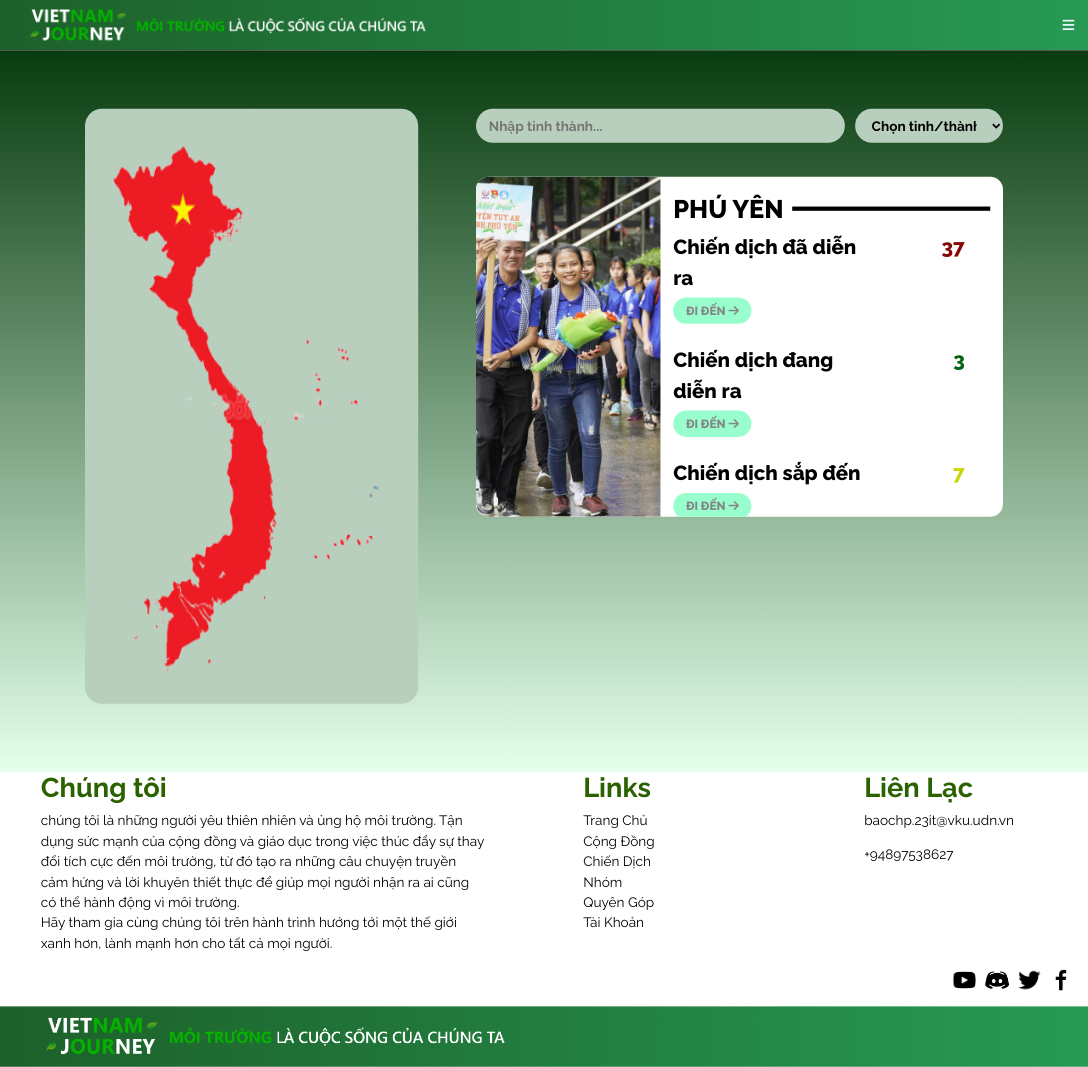
Repository: Boima12/Boima12.github.io_VietnamJourney
Page: HTML/ChienDich/ChienDich.html
These files come from the project's save history. The page is drawn as it stood at one moment and after the next save; the edit follows.
The browser window is 1280 px wide. The pictures show the whole page, at 85% of full size.

Above is the page before, as saved 2024-05-25 08:34:36.

### HTML/ChienDich/ChienDich.html
<!DOCTYPE html>
<HTML lang="en">

<HEAD>
    <TITLE>Chiến Dịch</TITLE>
    <meta charset="UTF-8">
    <meta name="viewport" content="width=device-width, initial-scale=1.0">

    <!-- Favicon -->
    <link rel="icon" type="image/x-icon" href="../../Images/yo.ico">

    <!--Bootstrap 5-->
    <link href="https://cdn.jsdelivr.net/npm/bootstrap@5.3.3/dist/css/bootstrap.min.css" rel="stylesheet">
    <script src="https://cdn.jsdelivr.net/npm/bootstrap@5.3.3/dist/js/bootstrap.bundle.min.js"></script>
    <!-- <link rel="stylesheet" href="https://cdn.jsdelivr.net/npm/bootstrap@4.6.2/dist/css/bootstrap.min.css" integrity="sha384-xOolHFLEh07PJGoPkLv1IbcEPTNtaed2xpHsD9ESMhqIYd0nLMwNLD69Npy4HI+N" crossorigin="anonymous"> -->
    <!-- Font Awesome -->
    <link rel="stylesheet" href="https://cdnjs.cloudflare.com/ajax/libs/font-awesome/6.5.1/css/all.min.css">

    <!-- CSS -->
    <link rel="stylesheet" href="ChienDich.css">
</HEAD>



<BODY style="background-color: #FFF4E6;">

    <!-- header là Navigation bar -->
    <header id="header1">
        <div class="logo">
            <img class="logo1" src="../../Images/header1.png" onclick="navToIntro()" style="height: 40px;">
            <img class="logo2" src="../../Images/header2.png" onclick="navToIntro()">
        </div>

        <div class="links">
            <nav>
                <a href="../TrangChu/TrangChu.html">TRANG CHỦ</a>
                <a href="../CongDong/CongDong.html">CỘNG ĐỒNG</a>
                <a href="../ChienDich/ChienDich.html">CHIẾN DỊCH</a>
                <a href="../Nhom/Nhom.html">NHÓM</a>
                <a href="../QuyenGop/QuyenGop.html">QUYÊN GÓP</a>
                <a href="../TaiKhoan/TaiKhoan.html">TÀI KHOẢN</a>
            </nav>
        </div>

        <div class="bar" onclick="MenuBar()">
            <i class="fa-solid fa-bars"></i>
        </div>

        <div id="overlay"></div>

        <div id="sidebar">
            <div class="sidebar-content">

                <div style="color: aliceblue;text-align: right;margin-top:0;" onclick="CloseBar()"><i
                        class="fa-solid fa-bars"></i></div>

                <!-- <p>VỀ CHÚNG TÔI <i class="fa-regular fa-address-card"></i></p> -->
                <a href="../TrangChu/TrangChu.html">TRANG CHỦ <i class="fa-solid fa-house"></i></a>
                <a href="../CongDong/CongDong.html">CỘNG ĐỒNG <i class="fa-solid fa-earth-americas"></i></a>
                <a href="../ChienDich/ChienDich.html">CHIẾN DỊCH <i class="fa-solid fa-fire"></i></a>
                <a href="../Nhom/Nhom.html">NHÓM <i class="fa-solid fa-people-group"></i></a>
                <a href="../QuyenGop/QuyenGop.html">QUYÊN GÓP <i class="fa-solid fa-hand-holding-dollar"></i></a>
                <a href="../TaiKhoan/TaiKhoan.html">TÀI KHOẢN <i class="fa-solid fa-user"></i></a>
            </div>

        </div>

    </header>
    <div style="height: 3rem;"></div> <!-- Cách một khoảng cho navigation bar -->















<!-- LÀM Ở ĐÂY -->
    <div class="section-one">
        <div class="container">
            <div class="row">
                <div class="col-xl-5  col-lg-5 col-md-12 col-sm-12 col-12">
                    <div class="map">
                        <img src="./images/bando.png" alt="bản đồ việt nam">
                    </div>
                </div>
                <div class="col-xl-7 col-lg-7 col-md-12 col-sm-12 col-12">
                    <div class="right">
                        <div class="search">
                            <input type="search" class="inner-search" placeholder="Nhập tỉnh thành...">
                            <select id="province" name="province" required>
                                <option value="" selected disabled>Chọn tỉnh/thành</option>
                            </select>
                        </div>
                        <div class="content">
                            <img src="./images/anh1.jpg" alt="">
                            <div class="inner-content">
                                <div class="inner-title">
                                    <div class="inner-text">PHÚ YÊN</div>
                                    <div class="inner-line"></div>
                                </div>
                                <div class="part">
                                    <div class="inner-content">
                                        <div class="inner-title">Chiến dịch đã diễn ra</div>
                                        <div class="inner-button">ĐI ĐẾN <i class="fa-solid fa-arrow-right"></i></div>
                                    </div>
                                    <div class="inner-count red">37</div>
                                </div>
                                <div class="part">
                                    <div class="inner-content">
                                        <div class="inner-title">Chiến dịch đang diễn ra</div>
                                        <div class="inner-button">ĐI ĐẾN <i class="fa-solid fa-arrow-right"></i></div>
                                    </div>
                                    <div class="inner-count green">3</div>
                                </div>
                                <div class="part">
                                    <div class="inner-content">
                                        <div class="inner-title">Chiến dịch sắp đến</div>
                                        <div class="inner-button">ĐI ĐẾN <i class="fa-solid fa-arrow-right"></i></div>
                                    </div>
                                    <div class="inner-count yellow">7</div>
                                </div>
                            </div>
                        </div>
                    </div>
                </div>
            </div>
        </div>
    </div>















    <footer>
        <div class="up">
            <div id="about">
                <h2>Chúng tôi</h2>
                <p>chúng tôi là những người yêu thiên nhiên và ủng hộ môi trường. Tận dụng sức mạnh của cộng đồng và giáo dục trong việc thúc đẩy sự thay đổi tích cực đến môi trường, từ đó tạo ra những câu chuyện truyền cảm hứng và lời khuyên thiết thực để giúp mọi người nhận ra ai cũng có thể hành động vì môi trường.<br>
                    Hãy tham gia cùng chúng tôi trên hành trình hướng tới một thế giới xanh hơn, lành mạnh hơn cho tất cả mọi người.
                </p>
            </div>

            <div id="quickLinks">
                <h2>Links</h2>
                <a href="../../HTML/TrangChu/TrangChu.html">Trang Chủ</a>
                <a href="../../HTML/CongDong/CongDong.html">Cộng Đồng</a>
                <a href="../../HTML/ChienDich/ChienDich.html">Chiến Dịch</a>
                <a href="../../HTML/Nhom/Nhom.html">Nhóm</a>
                <a href="../../HTML/QuyenGop/QuyenGop.html">Quyên Góp</a>
                <a href="../../HTML/TaiKhoan/TaiKhoan.html">Tài Khoản</a>
            </div>

            <div id="contacts">
                <h2>Liên Lạc</h2>
                <p>baochp.23it@vku.udn.vn</p>
                <p>+94897538627</p>
            </div>
        </div>


        <div class="mid">
            <a href="https://www.youtube.com/channel/UC1cpkfqLNp6I1HgNy2MUhUg"><img src="../../Images/youtube_icon.png"></a>
            <a href="https://discord.com/invite/45fkbZcj"><img src="../../Images/discord_icon.png"></a>
            <a href="https://x.com/dog_rates"><img src="../../Images/twitter_icon.png"></a>
            <a href="https://web.facebook.com/vku.udn.vn/?_rdc=1&_rdr"><img src="../../Images/facebook_icon.png"></a>
        </div>


        <div class="bot">
            <img class="logo1" src="../../Images/header1.png">
            <img class="logo2" src="../../Images/header2.png">
        </div>
    </footer>


    <!-- JavaScript -->
    <script src="../../Script/ChienDich.js"></script>
    <noscript>Your Browser doesn't support JavaScript</noscript>

</BODY>

</HTML>

### HTML/ChienDich/ChienDich.css
/* IMPORTING */
@font-face {
    font-family: Raleway;
    src: url("../../Fonts/Raleway-VariableFont_wght.ttf");
}

/* END IMPORTING */

/*BASE*/
* {
    box-sizing: border-box;
}

:root {
    --color-bg: #05390C;
    --color-green: #00FF0A;
    --color-text: #000000;
    --color-desc: #868686;
  }

body {
    color: var(--color-text);
}

.container {
    max-width: 100%;
    padding-left: 100px;
    padding-right: 100px;
}

/*BASE*/

/* Loại bỏ margin - padding global */
* {
    margin: 0px;
    padding: 0px;
}


/* global font */
* {
    font-family: Raleway;
}



/* NAVIGATION BAR */
header {
    display: flex;
    align-items: center;
    justify-content: space-between;
    position: fixed;
    width: 100%;
    height: 60px;
    border-bottom: 1.5px solid rgb(97, 94, 94);
    background: linear-gradient(to right, rgb(29, 96, 42), rgb(39, 154, 83));
    z-index: 999;
}


header div.logo img {
    width: auto;
    height: 2.9rem;
    /* margin-left: 3rem; */
}

header div.logo img.logo1 {
    display: block;
    padding-left: 10px;
    margin: 20px;
}

header div.logo img.logo2 {
    display: none;
}


header div.links nav {
    display: flex;
    justify-content: space-around;
    width: 100%;
}


header div.links nav a {
    margin: 0;
    padding: 0 1rem;

    cursor: pointer;

    text-decoration: none;
    color: white;
    font-size: 16px;
    font-weight: 600;
}


header div.links nav a:hover {
    color: #b8e994;
}


header div.bar {
    display: none;
    margin-right: 1rem;

    color: aliceblue;
    text-align: right;
}


header #overlay {
    display: none;
    position: fixed;

    top: 0;
    left: 0;
    width: 100%;
    height: 100%;

    background-color: rgba(0, 0, 0, 0.8);

    z-index: 9999;
}


header #sidebar {
    display: flex;
    justify-content: flex-end;
    float: right;

    position: fixed;

    top: 0;
    right: -20%;
    width: 20%;
    height: 100%;
    border: none;
    overflow: hidden;

    background: linear-gradient(to top, rgb(37, 79, 46), rgb(53, 189, 105));

    transition: right 0.3s ease-in-out;
    z-index: 10000;

}


header #sidebar.open {
    right: 0;
}


header #sidebar div.sidebar-content {
    display: flex;
    flex-direction: column;
    overflow-y: auto;
    overflow-x: hidden;
    padding: 1.5rem;
    width: 100%;
}


header #sidebar div.sidebar-content a {
    text-align: right;
    text-decoration: none;
    font-size: 1.2rem;

    color: aliceblue;
    margin-top: 1.5rem;

    margin-right: 0;
}


header #sidebar div.sidebar-content a:hover {
    color: #b8e994;
}


header #sidebar div.sidebar-content i {
    font-size: smaller;
}

/* END NAVIGATION BAR */

/* SECTION-ONE */
.section-one {
    background-image: linear-gradient(to bottom, #05390C, #E5FFEB);
    padding-top: 80px;
    padding-bottom: 80px;
}

.map {
    width: 90%;
    position: relative;
    border-radius: 20px;
    max-width: 100%;
    overflow: hidden;
    height: 700px;
    object-fit: cover;
    background-color: #b9cfbe ;
}

.map img {
    width: 100%;
    height: 100%;
}

.right {
    height: 500px;
}

.right .search {
    height: 40px;
    margin-bottom: 40px;
    display: flex;
    justify-content: space-between;
}

.right .search .inner-search {
    background-color: #B9CFBE;
    height: 100%;
    width: 70%;
    border-radius: 40px;
    border: none;
    padding: 5px 15px 5px 15px;
    font-size: 16px;
    font-weight: 700;
}

.right .search #province {
    background-color: #B9CFBE;
    height: 100%;
    width: 28%;
    border-radius: 40px;
    border: none;
    padding: 5px 15px 5px 15px;
    font-size: 16px;
    font-weight: 700;
}

.right .content {
    display: flex;
    border-radius: 15px;
    overflow: hidden;
    height: 400px;
    background-color: white;
}

.right .content img {
    width: 35%;
    height: auto;
    object-fit: cover;
}

.right .content .inner-content {
    width: 65%;
    padding: 15px;
}

.right .content .inner-content .inner-title {
    width: 100%;
    font-size: 30px;
    font-weight: 800;
    display: flex;
    align-items: center;
    margin-bottom: 5px;
}

.right .content .inner-content .inner-title .inner-text {
    display: inline-block;
}

.right .content .inner-content .inner-title .inner-line {
    flex-grow: 1;
    position: relative;
    height: 5px;
    background-color: #000000;
    line-height: 100%;
    margin-left: 10px;
}

.right .content .inner-content .part {
    width: 100%;
    display: flex;
    justify-content: space-between;
    margin-bottom: 25px;
}

.right .content .inner-content .part .inner-content {
    padding: 0;
}

.right .content .inner-content .part .inner-content .inner-title{
    font-size: 24px;
}

.right .content .inner-content .part .inner-content .inner-button {
    font-size: 14px;
    font-weight: 800;
    color: var(--color-desc);
    background-color: #98FECD;
    display: inline-block;
    padding: 5px 15px 5px 15px;
    border-radius: 20px;
}

.right .content .inner-content .part .inner-count {
    font-size: 24px;
    font-weight: 800;
    text-align: center;
    margin-right: 30px;
}

.right .content .inner-content .part .red {
    color: #880707;
}

.right .content .inner-content .part .green {
    color: #086214;
}

.right .content .inner-content .part .yellow {
    color: #c9d705;
}

/* END SECTION-ONE */











































/* Code CSS ở đây */






































/* FOOTER */
footer div.up {
    display: flex;
    justify-content: space-around;
    gap: 1.2rem;
    width: 100%;

    background-color: white;

}


footer div.up h2 {
    font-weight: bold;
    color: #2B6200;
}


footer div.up #about {
    display: flex;
    flex-direction: column;
    justify-content: flex-start;

    width: 50%;
    padding-left: 3rem;
    padding-right: 3rem;
}


footer div.up #quickLinks {
    display: flex;
    flex-direction: column;
    justify-content: flex-start;

    width: 25%;
    padding-left: 3rem;
    padding-right: 3rem;
}


footer div.up #quickLinks a {
    text-decoration: none;
    color: black;
}


footer div.up #contacts {
    display: flex;
    flex-direction: column;
    justify-content: flex-start;

    width: 25%;
    padding-left: 3rem;
    padding-right: 3rem;
}


footer div.mid {
    display: flex;
    justify-content: flex-end;
    gap: 0.5rem;

    width: 100%;
    padding-right: 1rem;
    padding-bottom: 1rem;
    background-color: white;
}


footer div.mid a img {
    width: 30px;
    height: 30px;
}


footer div.bot {
    display: flex;
    justify-content: flex-start;

    padding-left: 3rem;
    padding-top: 0.75rem;
    padding-bottom: 0.75rem;
    width: 100%;

    background: linear-gradient(to right, rgb(29, 96, 42), rgb(39, 154, 83));
}


footer div.bot img {
    width: auto;
    height: 2.9rem;
}


footer div.bot img.logo1 {
    display: block;
}


footer div.bot img.logo2 {
    display: none;
}


/* END FOOTER */













/* RESPONSIVE DESIGN */
@media (max-width: 1380px) {
    header div.links nav a {
        display: none;
    }

    header div.bar  {
        display: block;
    }

    header #sidebar {
        right: -30%;
        width: 30%;
    }
}


@media (max-width: 950px) {
    footer div.up {
        flex-direction: column;
    }

    footer div.up #about {
        width: 100%;
    }

    footer div.up #quickLinks {
        width: 100%;
    }

    footer div.up #contacts {
        width: 100%;
    }
}


@media (max-width: 630px) {
    header {
        height: 3.5rem;
    }

    header div.logo img.logo1 {
        display: none;
    }

    header div.logo img.logo2 {
        display: block;
    }

    header div.logo img {
        width: auto;
        height: 3.5rem;
        margin-left: 14rem;
    }

    header #sidebar {
        right: -50%;
        width: 50%;
    }

    footer div.bot {
        justify-content: center;
        padding-left: 0rem;
    }

    footer div.bot img {
        height: 3.5rem;
    }

    footer div.bot img.logo1 {
        display: none;
    }

    footer div.bot img.logo2 {
        display: block;
    }
}


@media (max-width: 560px) {
    header div.logo img {
        margin-left: 8rem;
    }

    header #sidebar {
        right: -60%;
        width: 60%;
    }
}


@media (max-width: 320px) {
    header div.logo img {
        margin-left: 5rem;
    }
}

/* END RESPONSIVE DESIGN */

### Script/ChienDich.js
// header menu bar
const overlay = document.getElementById('overlay');
const sidebar = document.getElementById('sidebar');

function MenuBar() {
    overlay.style.display = 'block';
    sidebar.classList.add('open');
}

function CloseBar() {
    overlay.style.display = 'none';
    sidebar.classList.remove('open');
}


// back to intro when click the logo
function navToIntro() {
    window.location.href = '../../index.html';
}


// navigation bar background transparency
// const header = document.getElementById('header1');
// function toggle_header() {
//     if (window.screenY == 0) {
//         header.style.background = 'linear-gradient(to right, rgba(29, 96, 42, 0), rgba(39, 154, 83, 0))';
//     } else if (window.screenY < 210) {
//         header.style.background = 'linear-gradient(to right, rgba(29, 96, 42, ' + parseInt(window.scrollY)*2 / 300 + '), rgba(39, 154, 83, ' + parseInt(window.scrollY)*2 / 300 + '))';
//     } else {
//         header.style.background = 'linear-gradient(to right, rgba(29, 96, 42, 0.7), rgba(39, 154, 83, 0.7))';
//     }
// }

// window.addEventListener('scroll', toggle_header);


const provinces = [
    "An Giang", "Bà Rịa - Vũng Tàu", "Bắc Giang", "Bắc Kạn", "Bạc Liêu",
    "Bắc Ninh", "Bến Tre", "Bình Định", "Bình Dương", "Bình Phước",
    "Bình Thuận", "Cà Mau", "Cần Thơ", "Cao Bằng", "Đà Nẵng",
    "Đắk Lắk", "Đắk Nông", "Điện Biên", "Đồng Nai", "Đồng Tháp",
    "Gia Lai", "Hà Giang", "Hà Nam", "Hà Nội", "Hà Tĩnh",
    "Hải Dương", "Hải Phòng", "Hậu Giang", "Hòa Bình", "Hưng Yên",
    "Khánh Hòa", "Kiên Giang", "Kon Tum", "Lai Châu", "Lâm Đồng",
    "Lạng Sơn", "Lào Cai", "Long An", "Nam Định", "Nghệ An",
    "Ninh Bình", "Ninh Thuận", "Phú Thọ", "Phú Yên", "Quảng Bình",
    "Quảng Nam", "Quảng Ngãi", "Quảng Ninh", "Quảng Trị", "Sóc Trăng",
    "Sơn La", "Tây Ninh", "Thái Bình", "Thái Nguyên", "Thanh Hóa",
    "Thừa Thiên Huế", "Tiền Giang", "TP Hồ Chí Minh", "Trà Vinh",
    "Tuyên Quang", "Vĩnh Long", "Vĩnh Phúc", "Yên Bái"
];

const select = document.getElementById('province');

provinces.forEach(province => {
    const option = document.createElement('option');
    option.value = province;
    option.textContent = province;
    select.appendChild(option);
});

After the next save:
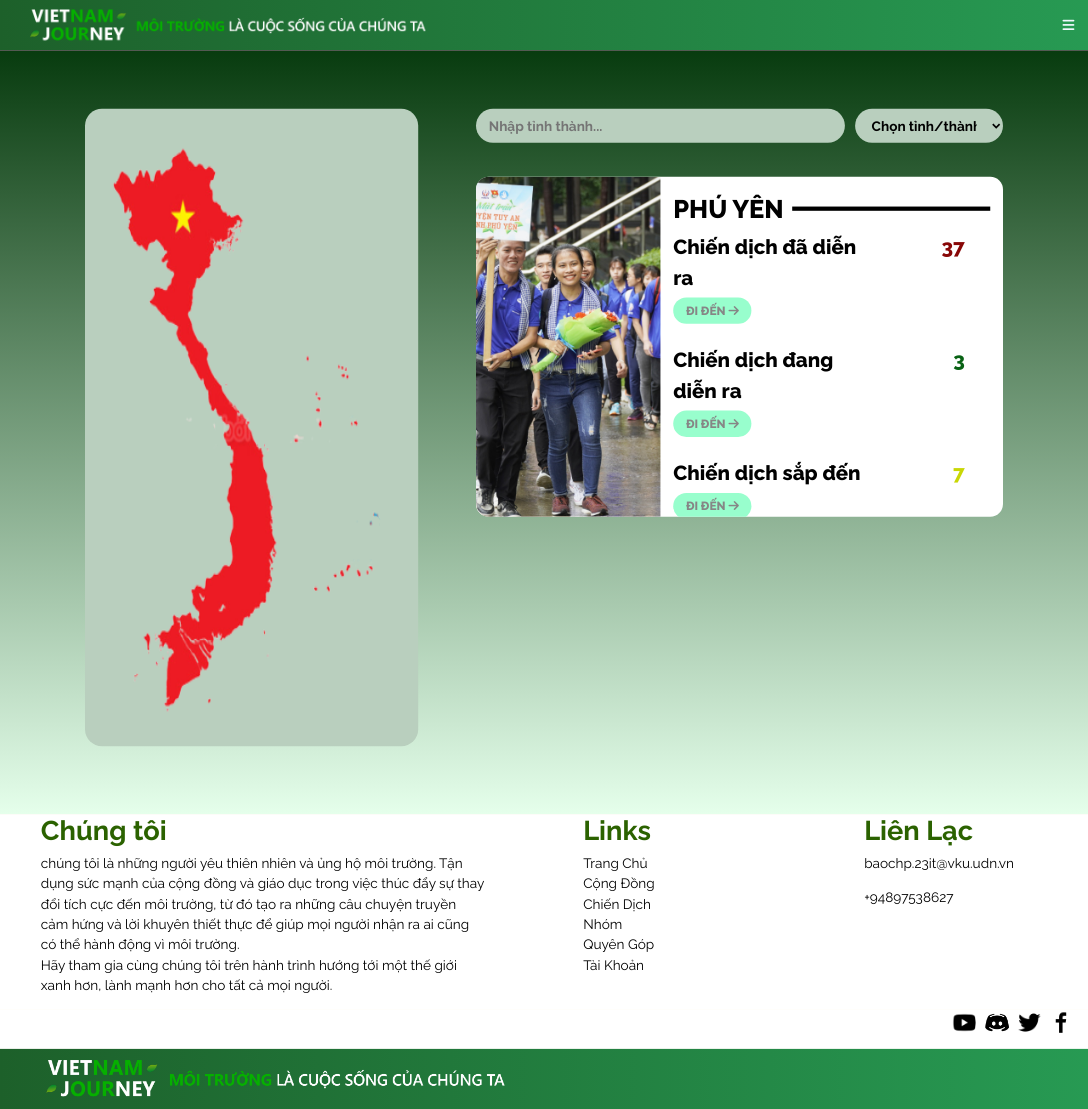
Saved 10 s later.
--- a/HTML/ChienDich/ChienDich.css
+++ b/HTML/ChienDich/ChienDich.css
@@ -197,7 +197,7 @@ header #sidebar div.sidebar-content i {
     border-radius: 20px;
     max-width: 100%;
     overflow: hidden;
-    height: 700px;
+    height: 750px;
     object-fit: cover;
     background-color: #b9cfbe ;
 }
